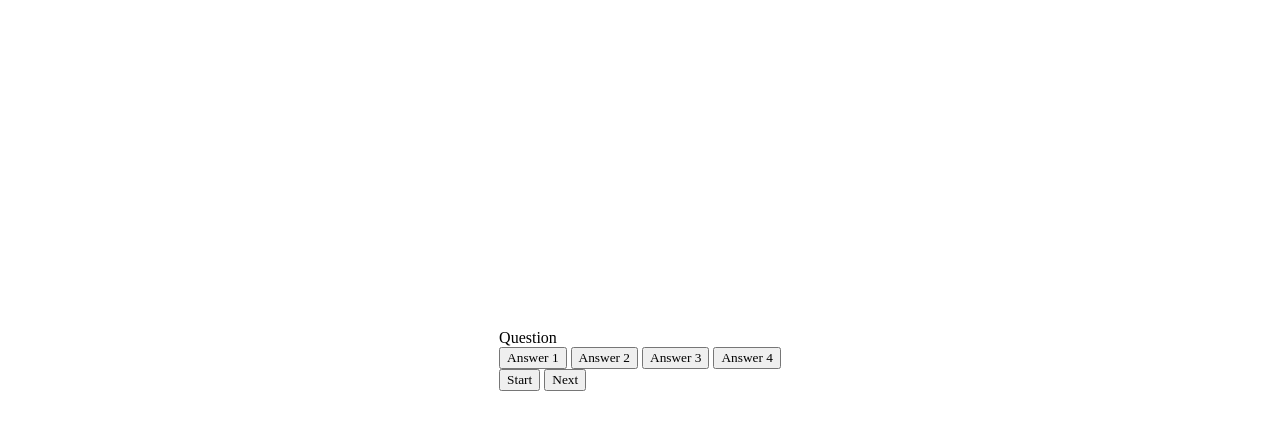
Repository: DaNiels89/quiz-js
Page: index.html
The author's editor kept a copy of each file at every save. The page is drawn from the files as they stood at one save, then again after the next save.
The browser window is 1280 px wide. The pictures show the whole page.

Above is the page before, as saved 2020-06-22 09:41:51.

### index.html
<!DOCTYPE html>
<html lang="en">

<head>
    <meta charset="UTF-8">
    <meta name="viewport" content="width=device-width, initial-scale=1.0">
    <link rel="stylesheet" href="css/styles.css">
    <script defer scr="script.js"></script>
    <title>Quiz</title>
</head>

<body>
    <div class="container">
        <div id="question-container" class="hide">
            <div class="question">Question</div>
            <div id="answer-buttons" class="btn-grid">
                <button class="btn">Answer 1</button>
                <button class="btn">Answer 2</button>
                <button class="btn">Answer 3</button>
                <button class="btn">Answer 4</button>
            </div>
        </div>
        <div class="controls">
            <button id="start-btn" class="start-btn btn">Start</button>
            <button id="next-btn" class="next-btn btn">Next</button>
        </div>
    </div>
</body>

</html>

### css/styles.css
*, *::before, *::after {
    box-sizing: border-box;
    font-family: Gotham Rounded;
}

:root {
    --hue-neutral: 200;
    --hue-wrong: 0;
    --hue-correct: 145;
}

body {
    --hue: var(--hue-neutral)
    padding: 0;
    margin: 0;
    display: flex;
    width: 100vw;
    height: 100vh;
    justify-content: center;
    align-items: center;
    background-color: hsl(var(--hue), 100%,20%);
}

After the next save:
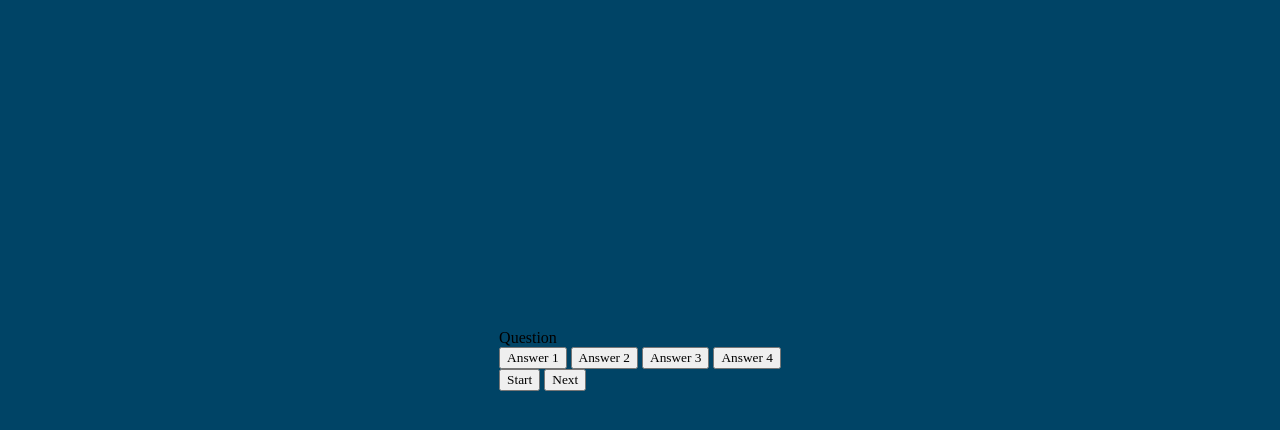
Saved 35 s later.
--- a/css/styles.css
+++ b/css/styles.css
@@ -10,7 +10,7 @@
 }
 
 body {
-    --hue: var(--hue-neutral)
+    --hue: var(--hue-neutral);
     padding: 0;
     margin: 0;
     display: flex;
